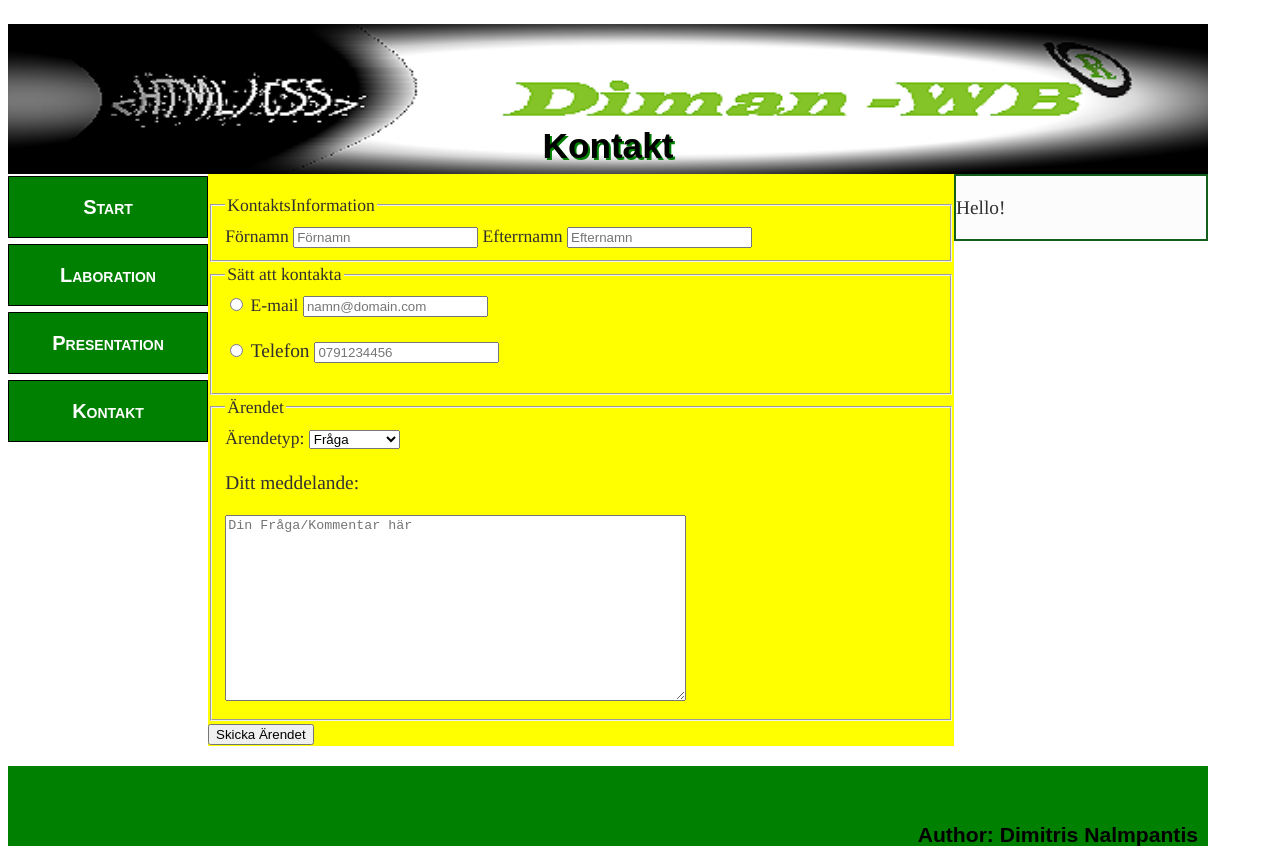
Repository: dn222em/1ik415-laborationer
Page: pages/Kontakt.html
The author's editor kept a record of every edit. The page is drawn from the files as they stood at one moment, then again after the next edit.
The browser window is 1280 px wide. The pictures show the whole page.

Above is the page before.

### pages/Kontakt.html
<!doctype html>
<html lang="sv">
<head>
    <meta charset="utf-8" />
        <title>Kontakt</title>
            <link rel="stylesheet" href="../CSS/style.css"/>
</head>
<body>
<div id="container">
	<div id="top">

		<h1 id="title">Kontakt</h1>
	</div>

	<div id="navigation">
		<ul class="menu">
			<li><a href="../index.html" class="active">Start</a></li>
			<li><a href="../pages/laborationer.html" class="active">Laboration</a></li>
			<li><a href="../pages/Presentation.html" class="active">Presentation</a></li>
			<li><a href="../pages/Kontakt.html" class="active">Kontakt</a></li>
		</ul>
	</div>
    <div id="content">
		    <p></p>
<form action="http://voyager.lnu.se/tekinet/kurser/dtt/wp_webbintro/form.php" method="POST" >
   <fieldset>
       <legend>KontaktsInformation</legend>
                   Förnamn
            <input required placeholder="Förnamn" maxlength="13" type="text" name="namn" />
                    Efterrnamn
            <input required placeholder="Efternamn" maxlength="26" type="Text" name="efternamn" />


    </fieldset>
    <fieldset>
         <legend>Sätt att kontakta</legend>
             <input type="radio" name="group1" value="e-mail"/> E-mail
              <input placeholder="namn@domain.com" type="email" name="email" />
              <p>
              <input type="radio" name="group1" value="telef"/> Telefon
              <input placeholder="0791234456" type="tel" name="telefon">

    </fieldset>
    <fieldset>
        <legend>Ärendet</legend>
            Ärendetyp:
            <select name="Ärendet">
                <option value="fråga">Fråga</option>
                <option value="kommentar">Kommentar</option>
                <option value="övrigt">Övrigt</option>
            </select>
               <p>Ditt meddelande:</p>
            <textarea required placeholder="Din Fråga/Kommentar här" name="meddelande" cols="55" rows="12"></textarea>
   </fieldset>
            <input type="submit" name="submit" id="submit" value="Skicka Ärendet" />
   </form>

   </div>
    <div id="sidebar">
    	<p>Hello!</p>
    </div>

    <div id="footer">
    <h6>Author: Dimitris Nalmpantis</h6>
    </div>
</div>
 </body>

</html>

### CSS/style.css

/*Layout
 Using: Two columns floating layout
Total width: 1100px
-----------------------------------------------------------------------------------------------------------*/
/*Container white (#FFFFF)
*Top -  green { #125F1B } --> Title( #2A8018)
*Navigation green
*Content - #FFFFF
*footer-green { #125F1B }
*Siderbar #fcfcfc (white.gray)

------------------------------------------------------------------*/
#container {
width: 1200px;

background-color:white;
margin-right:0px;
margin-left:0px;
position:relative;



}

/*Top
-------------------------------------------------------------------*/
#top {

	height: 150px;
	background-color: #125F1B;
	background: url('../pics/logo.png') no-repeat; background-size:1200px 150px;

}

#title {
	font-family: "arial", "helvetica", "serif"; color: black;
	font-size:2em;
	text-shadow: 2px 2px green;
	text-align:center;
	padding-top: 90px;
}

/*Navigation -Menu
-------------------------------------------------------------------*/
#navigation {
	margin-top: 1px;
	width: 200px;	height:auto;
	float: left;
	background-color:#FFF;
	padding:0px;
}

/*Content
-------------------------------------------------------------------*/
#content {
	background-color: yellow/*#FFF*/;
	width: 746px;
	margin-bottom: 20px;
	float: left;
	padding:0px;


}

/*Sidebar
-------------------------------------------------------------------*/
#sidebar {
	background-color: #fcfcfc;
	font-family: "arial", "helvetica", "sans-serif"; color: white;
	border: 2px solid #125F1B;
	margin-top: 0px;
	width: 250px;
	float: right;
	padding:0px;


}

/*Footer
--------------------------------------------------------------------*/
#footer {
clear:both;
padding:10px;
background-color:green;
color:white;
text-align:right;
	height:60px;

}

/*Menu attributes
------------------------------------------------------*/
.menu {
	float:left;
	font-family: "arial", "helvetica", "serif"; font-variant:small-caps;
	font-size: 20px; font-weight:bold;
	margin-top:1px;
	margin-left:0px;
	padding:0px;

}

.menu li {
	text-decoration:none;
	list-style-type:none;
	height: 68px; line-height: 60px;
	padding-top:0px;	padding-left:0px;	padding-right:0px;

}
.menu li a {
	display:block;
	border:solid 1px black;	text-align:center;	width: 198px;
	color:white;	background-color:green;


}
.menu li a:visited{ color:white; background-color:green;}

.menu li a:hover{ background-color:white;color:green;}

.menu li a:active{ background-color:black;	color:black;}

.menu li a:focus { background-color:black;	color:green;}

.menu li a:checked {background-color:white; color:red;}






/*Typografi
---------------------------------------------------------------------------------------------------------*/
/*Links
-------------------------------*/
a:link {color:green; text-decoration:none;}
a:visited {color:#CB29D5;} /*lila*/
a:hover{color:red;}
a:focus {color:blue;}
a:active{color:#29D17;} /*light-green*/

/*Headers
------------------------------*/
body {font-family :"times", "georgia", "serif", "Lucida Sans Unicode", "Lucida Grande";
	line-height: 25px; color: #312F2F; font-size: 1.1em; width:580px;}

h1, h2, h3, h4, h5, h6 {font-family: "arial", "tahoma", "helvetica", "san serif", "verdana";
font-weight:bold; color: #2A8018; line-height: 1.8em;  font-size: 1.8em;} /*tema-green*/

h2 {line-height: 28px;  font-size: 28px;}
h3 {line-height: 26px;  color:  black; font-size: 1.6em;}
h4 {line-height: 24px;  color:  black; font-size: 1.4em;}
h5 {line-height: 22px;  color:  black; font-size: 1.3em; text-transform:uppercase;}
h6 {line-height: 20px;  color:  black; font-size: 1.2em; font-weight:none;}

/*Body
-----------------------------*/
p {font-family :"times", "georgia", "serif", "Lucida Sans Unicode", "Lucida Grande";
	line-height: 25px; color: #312F2F; font-size: 1.1em;
} /*grey-black*/

#content ol, ul{font-family: "arial", "tahoma", "helvetica", "san serif", "verdana";
line-height: 25px; color: #4829D1; font-size: 1em;}

#content li, dl, dt  {font-family :"times", "georgia", "serif", "Lucida Sans Unicode", "Lucida Grande";
	line-height: 25px; color: #312F2F; font-size: 1em; font-weight:bold;}

#special {font-family:"sans-serif"; font-size: 40px; font-weight:bold;}

After the next edit:
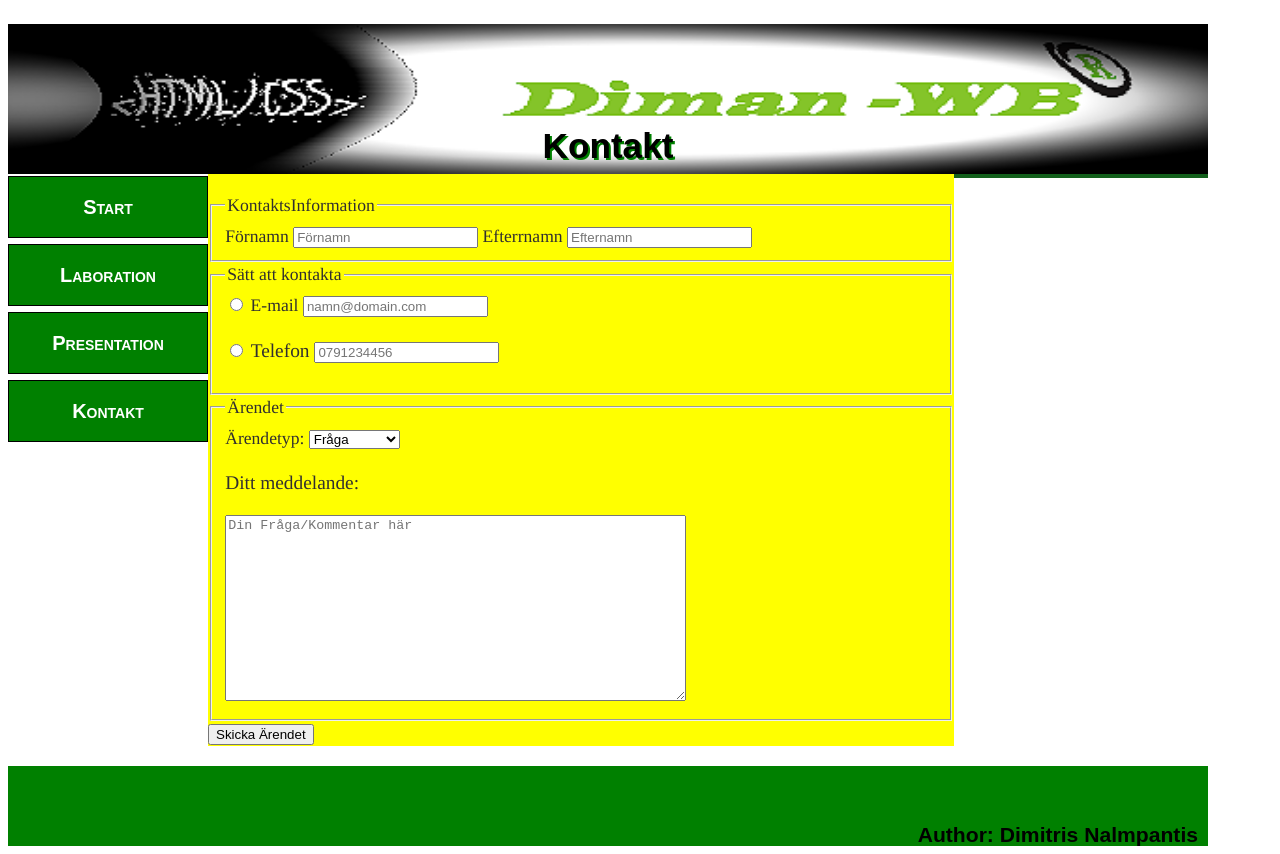
The edit:
--- a/pages/Kontakt.html
+++ b/pages/Kontakt.html
@@ -57,7 +57,7 @@
 
    </div>
     <div id="sidebar">
-    	<p>Hello!</p>
+
     </div>
 
     <div id="footer">
